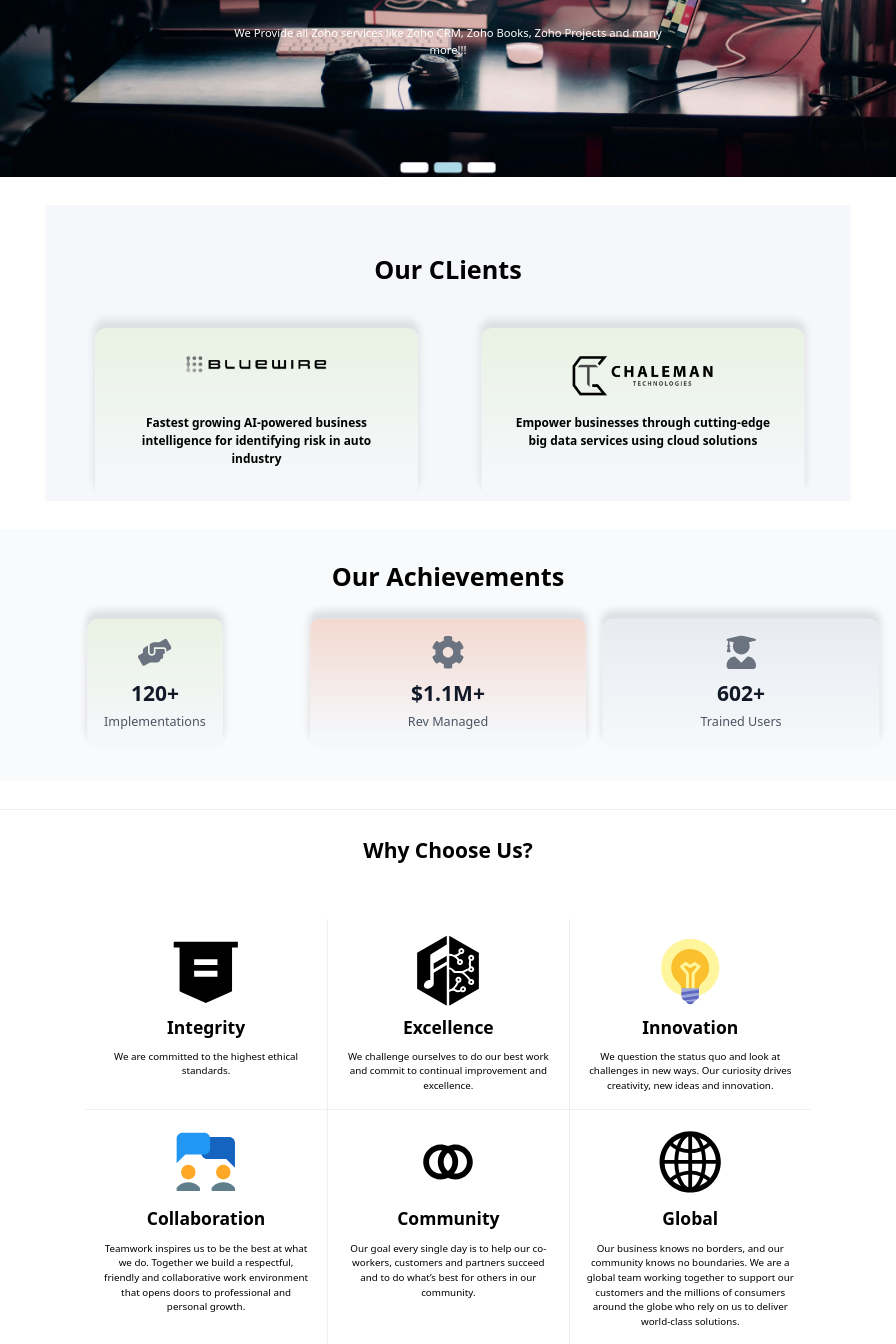
Repository: huzaifaBitCloud/BitCloud-website
Page: /
The author's editor kept a copy of each file at every save. The page is drawn from the files as they stood at one save, then again after the next save.
The browser window is 1280 px wide. The pictures show the part of the page from y = 547 to 2467 px (the page is 2698 px tall), at 70% of full size.
The project was rebuilt for these pictures with package versions that can differ from the ones it lists, and the page was loaded fresh each time. The framework's server and built-in components were replaced by stand-ins that run in the browser. Also part of the build but not shown: next.config.mjs.

Above is the page before, as saved 2025-01-13 17:20:33.

### src/app/page.tsx
import Layout from "@/components/Layout";
// import Hero from "@/components/Hero";
import OurClients from "@/components/OurClients";
import WhyUs from "@/components/WhyUs";
import Footer from "@/components/Footer";
import { ImageCarousel } from "@/components/ImageCarousel";
import Achievements from "@/components/Achievements";

export default function Home() {
  return (
    <Layout>
      <div className="">
        {/* <Hero
          imageUrl="https://static.zohocdn.com/sites/stock-images/images/zpstock-image-37.jpg"
        /> */}
        <ImageCarousel />
      </div>
      <div className="mt-10">
        <OurClients />
      </div>
      <div className="mt-10">
        <Achievements />
      </div>
      <div className="my-10 border-t">
        <WhyUs />
      </div>

      <div className="mt-10 mb-10">
        <Footer />
      </div>
    </Layout>
  );
}

### src/app/globals.css
@tailwind base;
@tailwind components;
@tailwind utilities;

.custom-cards-ourClient {
  box-shadow: 0px -10px 10px 2px rgba(221, 223, 226, 1);
  border-radius: 15px;
  background: linear-gradient(180deg, #e9f2e4 0%, #f5f7fa 90%);
}
.custom-card-2-achievements {
  box-shadow: 0px -10px 10px 2px rgba(221, 223, 226, 1);
  border-radius: 15px;
  background: linear-gradient(180deg, #f4d9d0 0%, #f5f7fa 90%);
}
.custom-card-3-achievements {
  box-shadow: 0px -10px 10px 2px rgba(221, 223, 226, 1);
  border-radius: 15px;
  background: linear-gradient(180deg, #e7ebf0, #f5f7fa 90%);
}

:root {
  /* --color-primary: #e9f2e4;
    --color-secondary: #f5f7fa;
*/
  --h-100vh: 100vh;
}

/* ABout CSS */

.btn-about {
  display: inline-block;
  margin: 0 0.625rem;
  padding: 0.3125rem 1.25rem;
  border-radius: 1.25rem;
  background: transparent;
  border: solid 0.0625rem #fff;
  position: relative;
  z-index: 9;
}
.main-hero-about {
  clip-path: polygon(
    50% 0%,
    100% 0,
    100% 35%,
    100% 86%,
    49% 100%,
    0 85%,
    0% 35%,
    0 0
  );
}

/* Services */

.zoomIn {
  -webkit-animation-name: zoomIn;
  animation-name: zoomIn;
  -webkit-animation-duration: 1s;
  animation-duration: 1s;
  -webkit-animation-fill-mode: both;
  animation-fill-mode: both;
}
@-webkit-keyframes zoomIn {
  0% {
    opacity: 0;
    -webkit-transform: scale3d(0.3, 0.3, 0.3);
    transform: scale3d(0.3, 0.3, 0.3);
  }
  50% {
    opacity: 1;
  }
}
@keyframes zoomIn {
  0% {
    opacity: 0;
    -webkit-transform: scale3d(0.3, 0.3, 0.3);
    transform: scale3d(0.3, 0.3, 0.3);
  }
  50% {
    opacity: 1;
  }
}

.card-services {
  border-top: 10px solid transparent;
  transition: border-top-color 0.4s, box-shadow 0.4s;
}

.card-services:hover {
  border-top-color: #2563eb;
  box-shadow: 0px 0px 5px rgba(0, 0, 0, 0.75);
}


@media only screen and (max-width: 760px) {
  .main-hero-about {
    clip-path: polygon(
      50% 0%,
      100% 0,
      100% 35%,
      100% 92%,
      49% 100%,
      0 92%,
      0% 35%,
      0 0
    );
  }
  .main-hero-about {
    height: var(--h-100vh) !important;
  }
  .sub-hero-about {
    text-align: center !important;
    margin: 0 auto !important;
  }
  .mob-btn-about {
    justify-content: center;
  }
  .mob-nav-style{
    position: absolute;
    top: 76%;
    left: 0;
  }
}

### src/components/Layout.tsx
import React from "react";
import { Navbar } from "./Navbar";
// import Footer from "./Footer";

const Layout = ({children}: any) => {
  return (
    <div>
      <Navbar />
      <div className="">{children}</div>
      {/* <Footer /> */}
    </div>
  );
};

export default Layout;

### src/components/OurClients.tsx
import React from "react";

const OurClients = () => {
  const services = [
    {
      id: 1,
      description:
        "Fastest growing AI-powered business intelligence for identifying risk in auto industry",
      icon: "./images/Bluewire-Logo.png", // Use the actual icon component
    },
    {
      id: 2,
      description:
        "Empower businesses through cutting-edge big data services using cloud solutions",
      icon: "./images/chaleman.png",
    },
  ];

  return (
    <section id="services" className="xs:w-full sm:w-full lg:w-[90%] mx-auto my-5 bg-[#f5f7fa] px-4 py-2">
      {/* HEADER AND IMAGE SECTION */}
      <div className="mt-16">
        <div>
          <p className="font-playfair font-semibold text-4xl mb-5 text-center">
            Our <span className="text-yellow">CLients</span>
          </p>
        </div>
      </div>

      {/* SERVICES */}
      <div className="grid grid-cols-1 md:grid-cols-2 justify-around  mt-16 gap-10 md:ml-14">
        {services.map((service) => (
          <div
            key={service.id}
            className="relative text-center p-10 xs:w-full sm:w-full lg:w-[90%] custom-cards-ourClient"
          >
            <div className="z-10">
              <div className="w-full flex justify-center ">
                <div className="w-[200px] h-[70px]">
                  <img
                    src={service.icon}
                    alt="client-img"
                    className="object-contain"
                  />
                </div>
              </div>
              <p className="font-playfair font-semibold text-[17px] flex justify-center mt-3">
                {service.description}
              </p>
            </div>
          </div>
        ))}
      </div>
    </section>
  );
};

export default OurClients;

### src/components/WhyUs.tsx
import React from "react";
import { FcCollaboration } from "react-icons/fc";
import { CgCommunity } from "react-icons/cg";
import { AiOutlineGlobal } from "react-icons/ai";
import { FcIdea } from "react-icons/fc";
import { SiMusicbrainz } from "react-icons/si";
import { RiHonourFill } from "react-icons/ri";

const WhyUs = () => {
  const services = [
    {
      id: 1,
      name: "Integrity",
      description: "We are committed to the highest ethical standards.",
      icon: <RiHonourFill size={100} />,
    },
    {
      id: 2,
      name: "Excellence",
      description:
        "We challenge ourselves to do our best work and commit to continual improvement and excellence.",
      icon: <SiMusicbrainz size={100} />,
    },
    {
      id: 3,
      name: "Innovation",
      description:
        "We question the status quo and look at challenges in new ways. Our curiosity drives creativity, new ideas and innovation.",
      icon: <FcIdea size={100} />,
    },
    {
      id: 4,
      name: "Collaboration",
      description:
        "Teamwork inspires us to be the best at what we do. Together we build a respectful, friendly and collaborative work environment that opens doors to professional and personal growth.",
      icon: <FcCollaboration size={100} />,
    },
    {
      id: 5,
      name: "Community",
      description:
        "Our goal every single day is to help our co-workers, customers and partners succeed and to do what’s best for others in our community.",
      icon: <CgCommunity size={100} />,
    },
    {
      id: 6,
      name: "Global",
      description:
        "Our business knows no borders, and our community knows no boundaries. We are a global team working together to support our customers and the millions of consumers around the globe who rely on us to deliver world-class solutions.",
      icon: <AiOutlineGlobal size={100} />,
    },
  ];
  return (
    <div className="w-[90%] mx-auto">
         <h2 className="text-3xl font-bold text-center mt-10 mb-5">Why Choose Us?</h2>
      <div className="w-[90%] mx-auto mt-20 mb-20">
        <div className="grid grid-cols-1 md:grid-cols-2 lg:grid-cols-3">
          {services.map((service, index) => (
            <div
              key={service.id}
              className={`relative bg-white text-center ${
                index >= 0
                  ? index == 0 || index == 3
                    ? index == 3
                      ? ""
                      : "border-b"
                    : index > 3
                    ? "border-l"
                    : "border-l border-b"
                  : ""
              } hover:border-red p-6`}
            >
              <div className="z-10">
                <div className="w-full flex justify-center">{service.icon}</div>

                <h3 className="font-playfair font-semibold text-[25px] mt-3">
                  {service.name}
                </h3>
                <p className="font-playfair text-[14px] flex justify-center mt-3">
                  {service.description}
                </p>
              </div>
            </div>
          ))}
        </div>
      </div>
    </div>
  );
};

export default WhyUs;

### src/components/Footer.tsx
// import Link from "next/link";
// import { FaLinkedin, FaYoutube } from "react-icons/fa";

// const Footer = () => {
//   const currentYear = new Date().getFullYear(); // Get the current year dynamically

//   return (
//     <footer className="bg-white dark:bg-gray-900 border-t w-full">
//       <div className="container mx-auto px-4 py-6">
//         <div className="flex flex-col md:flex-row md:items-center md:justify-between">
//           {/* Logo Section */}
//           <div className="flex items-center mb-4 md:mb-0 py-6">
//             <img
//               src="/images/logo.svg"
//               alt="BitCloud Logo"
//               className="h-14 mr-3 md:ml-4"
//             />
//           </div>

//           {/* Rights Section */}
//           <div className="text-center mb-4 md:mb-0">
//             <span className="text-sm text-gray-500 dark:text-gray-400">
//               © {currentYear}{" "}
//               <Link
//                 href="https://bitcloudsolution.com/"
//                 className="hover:underline"
//               >
//                 BitCloud Solution
//               </Link>
//               . All Rights Reserved.
//             </span>
//           </div>

//           {/* Follow Us Section */}
//           <div className="flex flex-col items-center md:items-end">
//             <h2 className="mb-4 text-sm font-semibold text-gray-900 uppercase dark:text-white">
//               Follow Us
//             </h2>
//             <div className="flex space-x-4">
//               <Link
//                 href="https://www.linkedin.com/company/bitcloud-solution-software/"
//                 aria-label="LinkedIn"
//                 className="text-gray-500 hover:text-blue-600 dark:hover:text-blue-400"
//               >
//                 <FaLinkedin className="w-6 h-6" />
//               </Link>
//               <Link
//                 href="http://www.youtube.com/@BitCloudSolution"
//                 aria-label="YouTube"
//                 className="text-gray-500 hover:text-red-600 dark:hover:text-red-400"
//               >
//                 <FaYoutube className="w-6 h-6" />
//               </Link>
//             </div>
//           </div>
//         </div>
//       </div>
//     </footer>
//   );
// };

// export default Footer;

import Link from "next/link";
import { FaLinkedin, FaYoutube } from "react-icons/fa";

const Footer = () => {
  const currentYear = new Date().getFullYear(); // Get the current year dynamically

  return (
    <footer className="bg-white dark:bg-gray-900 border-t w-full">
      <div className="container mx-auto px-6 py-6">
        <div className="flex flex-col items-center md:flex-row md:justify-between">
          {/* Logo Section */}
          <div className="flex items-center mb-4 md:mb-0 md:ml-6">
            <Link href='/'>
            <img
              src="/images/logo.svg"
              alt="BitCloud Logo"
              className="h-14 mr-3"
            />
            </Link>
          </div>

          {/* Rights Section */}
          <div className="text-center mb-4 md:mb-0">
            <span className="text-sm text-gray-500 dark:text-gray-400">
              © {currentYear}{" "}
              <Link
                href="https://bitcloudsolution.com/"
                className="hover:underline"
              >
                BitCloud Solution
              </Link>
              . All Rights Reserved.
            </span>
          </div>

          {/* Follow Us Section */}
          <div className="flex flex-col items-center md:items-end md:mr-6">
            <h2 className="mb-4 text-sm font-semibold text-gray-900 uppercase dark:text-white">
              Follow Us
            </h2>
            <div className="flex space-x-4">
              <Link
                href="https://www.linkedin.com/company/bitcloud-solution-software/"
                aria-label="LinkedIn"
                className="text-gray-500 hover:text-blue-600 dark:hover:text-blue-400"
              >
                <FaLinkedin className="w-6 h-6" />
              </Link>
              <Link
                href="http://www.youtube.com/@BitCloudSolution"
                aria-label="YouTube"
                className="text-gray-500 hover:text-red-600 dark:hover:text-red-400"
              >
                <FaYoutube className="w-6 h-6" />
              </Link>
            </div>
          </div>
        </div>
      </div>
    </footer>
  );
};

export default Footer;

### src/components/ImageCarousel.tsx
"use client"

import React from 'react';
import { Galleria } from 'primereact/galleria';
import "../components/styling/ImageCarousel.css"


const images = [
  {
    itemImageSrc: "/images/contact-image.jpeg",
    title: 'Welcome to BitCloud Solutions!',
    alt: 'Image 1',
  },
  {
    itemImageSrc: "/images/web-developer.jpg",
    title: 'Welcome to BitCloud Solutions!',
    alt: 'Image 2'
  },
  {
    itemImageSrc: "/images/image1.jpg",
    title: 'Welcome to BitCloud Solutions!',
    alt: 'Image 3'
  }
];

const itemTemplate = (item) => {
  return (
    <div className="image-container" style={{ width: '100%', textAlign: 'center' }}>
      <img src={item.itemImageSrc} alt={item.alt} style={{ width: '100%', display: 'block' }} />

      <div key={`${item.itemImageSrc}-heading`} className="carousel-text-heading">
        {item.title}
      </div>
      <div key={`${item.itemImageSrc}-paragraph`} className="carousel-text-paragraph">
       We Provide all Zoho services like Zoho CRM, Zoho Books, Zoho Projects and many more!!!
      </div>
    </div>
  );
}

export const ImageCarousel = () => {
  return (
    <div className="card" style={{ width: '100%', height: '100%', margin: '0 auto', position: "relative" }}>
      <Galleria
        value={images}
        numVisible={5}
        circular
        responsiveOptions={[
          {
            breakpoint: '1024px',
            numVisible: 3
          },
          {
            breakpoint: '768px',
            numVisible: 2
          },
          {
            breakpoint: '560px',
            numVisible: 1
          }
        ]}
        showThumbnails={false}
        showIndicators
        // showItemNavigators
        item={itemTemplate}
        autoPlay={true}
        transitionOptions={{ easing: 'ease-in-out', duration: 1000 }}
      />
    </div>
  );
}

### src/components/Achievements.tsx
import { FaHandsHelping, FaCog, FaUserGraduate } from "react-icons/fa";

const Achievements = () => {
  return (
    <section className="bg-gray-50 py-12">
  <div className="container mx-auto px-6">
    {/* Title */}
    <h2 className="text-4xl font-bold text-center text-black mb-10">
      Our Achievements
    </h2>

    {/* Achievements Grid */}
    <div className="grid grid-cols-1 md:grid-cols-3 gap-6">
      {/* Card 1 */}
      <div className="bg-gradient-to-r from-green-50 to-green-100 p-6 rounded-xl shadow-lg text-center transform transition duration-700 hover:-translate-y-3 custom-cards-ourClient max-w-md mx-auto"> {/* Reduced padding and rounded the corners */}
        <div className="flex justify-center items-center mb-4"> {/* Reduced margin-bottom */}
          <FaHandsHelping className="w-12 h-12 text-gray-500" /> {/* Reduced icon size */}
        </div>
        <h3 className="text-3xl font-bold text-gray-900">120+</h3> {/* Reduced font size */}
        <p className="text-gray-600 mt-2 text-lg">Implementations</p> {/* Reduced margin-top */}
      </div>

      {/* Card 2 */}
      <div className="bg-gradient-to-r from-red-50 to-red-100 p-6 rounded-xl shadow-lg text-center transform transition duration-700 hover:-translate-y-3 custom-card-2-achievements"> {/* Reduced padding and rounded the corners */}
        <div className="flex justify-center items-center mb-4"> {/* Reduced margin-bottom */}
          <FaCog className="w-12 h-12 text-gray-500" /> {/* Reduced icon size */}
        </div>
        <h3 className="text-3xl font-bold text-gray-900">$1.1M+</h3> {/* Reduced font size */}
        <p className="text-gray-600 mt-2 text-lg">Rev Managed</p> {/* Reduced margin-top */}
      </div>

      {/* Card 3 */}
      <div className="bg-gradient-to-r from-gray-50 to-gray-100 p-6 rounded-xl shadow-lg text-center transform transition duration-700 hover:-translate-y-3 custom-card-3-achievements"> {/* Reduced padding and rounded the corners */}
        <div className="flex justify-center items-center mb-4"> {/* Reduced margin-bottom */}
          <FaUserGraduate className="w-12 h-12 text-gray-500" /> {/* Reduced icon size */}
        </div>
        <h3 className="text-3xl font-bold text-gray-900">602+</h3> {/* Reduced font size */}
        <p className="text-gray-600 mt-2 text-lg">Trained Users</p> {/* Reduced margin-top */}
      </div>
    </div>
  </div>
</section>

    // <section className="bg-gray-50 py-12">
    //   <div className="container mx-auto px-6">
    //     {/* Title */}
    //     {/* <div className="mt-16">
    //       <div>
    //         <p className="font-playfair font-semibold text-4xl mb-5 text-center">
    //           Our <span className="text-yellow">Achievements</span>
    //         </p>
    //       </div>
    //     </div> */}
    //     <h2 className="text-4xl font-bold text-center text-black mb-10">
    //       Our Achievements
    //     </h2>

    //     {/* Achievements Grid */}
    //     <div className="grid grid-cols-1 md:grid-cols-3 gap-6">
    //       {/* Card 1 */}
    //       <div className="bg-gradient-to-r from-green-50 to-green-100 p-8 rounded-2xl shadow-lg text-center transform transition duration-700 hover:-translate-y-6 custom-cards-ourClient">
    //         <div className="flex justify-center items-center mb-6">
    //           <FaHandsHelping className="w-14 h-14 text-gray-500" />
    //         </div>
    //         <h3 className="text-4xl font-bold text-gray-900">120+</h3>
    //         <p className="text-gray-600 mt-4 text-lg">Implementations</p>
    //       </div>

    //       {/* Card 2 */}
    //       <div className="bg-gradient-to-r from-red-50 to-red-100 p-8 rounded-2xl shadow-lg text-center transform transition duration-700 hover:-translate-y-3 custom-card-2-achievements">
    //         <div className="flex justify-center items-center mb-6">
    //           <FaCog className="w-14 h-14 text-gray-500" />
    //         </div>
    //         <h3 className="text-4xl font-bold text-gray-900">$1.1M+</h3>
    //         <p className="text-gray-600 mt-4 text-lg">Rev Managed</p>
    //       </div>

    //       {/* Card 3 */}
    //       <div className="bg-gradient-to-r from-gray-50 to-gray-100 p-8 rounded-2xl shadow-lg text-center transform transition duration-700 hover:-translate-y-3 custom-card-3-achievements">
    //         <div className="flex justify-center items-center mb-6">
    //           <FaUserGraduate className="w-14 h-14 text-gray-500" />
    //         </div>
    //         <h3 className="text-4xl font-bold text-gray-900">602+</h3>
    //         <p className="text-gray-600 mt-4 text-lg">Trained Users</p>
    //       </div>
    //     </div>
    //   </div>
    // </section>
  );
};

export default Achievements;

### src/components/styling/ImageCarousel.css

img {
    max-height: 45rem;
    object-fit: cover;
  }

  .p-galleria-item-next.p-galleria-item-nav.p-link,
  .p-galleria-item-prev.p-galleria-item-nav.p-link {
    transform: translateY(-45%);
    background-color: #34291b;
    border-radius: 24px;
    width: 2.5rem;
    height: 2.5rem;
  }

  .p-galleria-item-prev.p-galleria-item-nav.p-link {
    z-index: 1;
    margin-left: 1.5rem;
  }

  .p-galleria-item-next.p-galleria-item-nav.p-link {
    margin-right: 1.5rem;
  }

  .p-galleria-item-prev.p-galleria-item-nav.p-link:hover,
  .p-galleria-item-next.p-galleria-item-nav.p-link:hover {
    background-color: #252728;
  }

  .p-icon.p-galleria-item-prev-icon,
  .p-icon.p-galleria-item-next-icon {
    color: white;
    width: 18px;
    height: 18px;
    stroke: white;
    stroke-width: 2;
  }

  .carousel-text-heading {
    width: 50%;
    position: absolute;
    top: 55%;
    left: 50%;
    transform: translate(-50%, -50%);
    color: white;
    border-radius: 10px;
    font-size: 3.2rem;
    font-weight: bold;
    text-align: center;
    animation: slideFromY 1s ease-in-out forwards;
  }

  .carousel-text-paragraph {
    width: 50%;
    position: absolute;
    top: 73%;
    left: 50%;
    transform: translate(-50%, -50%);
    color: white;
    border-radius: 10px;
    font-size: 1rem;
    text-align: center;
    animation: slideFromY 1.5s ease-in-out forwards;
  }
  @keyframes slideFromY {
    0% {
      opacity: 0;
      transform: translate(-100%, -50%);
    }
    100% {
      opacity: 1;
      transform: translate(-50%, -50%);
    }
  }

  @media (max-width: 1024px) and (min-width: 769px) {
    .carousel-text-heading {
      width: 65%;
      font-size: 2.5rem;
    }

    .carousel-text-paragraph {
      width: 60%;
      font-size: 0.9rem;
    }
  }

  @media (max-width: 768px) and (min-width: 561px) {
    .carousel-text-heading {
      font-size: 1.5rem;
      width: 65%;
    }

    .carousel-text-paragraph {
      font-size: 0.6rem;
      width: 60%;
    }
  }

  @media (max-width: 560px) {
    .carousel-text-heading {
      font-size: 1rem;
      width: 65%;
    }

    .carousel-text-paragraph {
      font-size: 0.5rem;
      width: 60%;
    }
  }
  ul.p-galleria-indicators.p-reset {
    position: absolute;
    bottom: 0;
    left: 50%;
    transform: translateX(-50%);
}
  .p-galleria-indicators .p-galleria-indicator button {
    width: 40px;
    height: 15px;
    background-color: white; /* Non-active indicators */
    border-radius: 5px;
    margin: 0 4px;
    transition: background-color 0.3s ease;
    position: relative;
}

.p-galleria-indicators .p-galleria-indicator.p-highlight button {
    background-color: #add8e6;
}

.p-galleria-indicators .p-galleria-indicator button:hover {
    background-color: #ffffff;
}

Loaded but not shown: src/app/layout.tsx (common file); tailwind.config.ts (common file); src/components/Navbar.tsx (127 lines, source omitted)

After the next save:
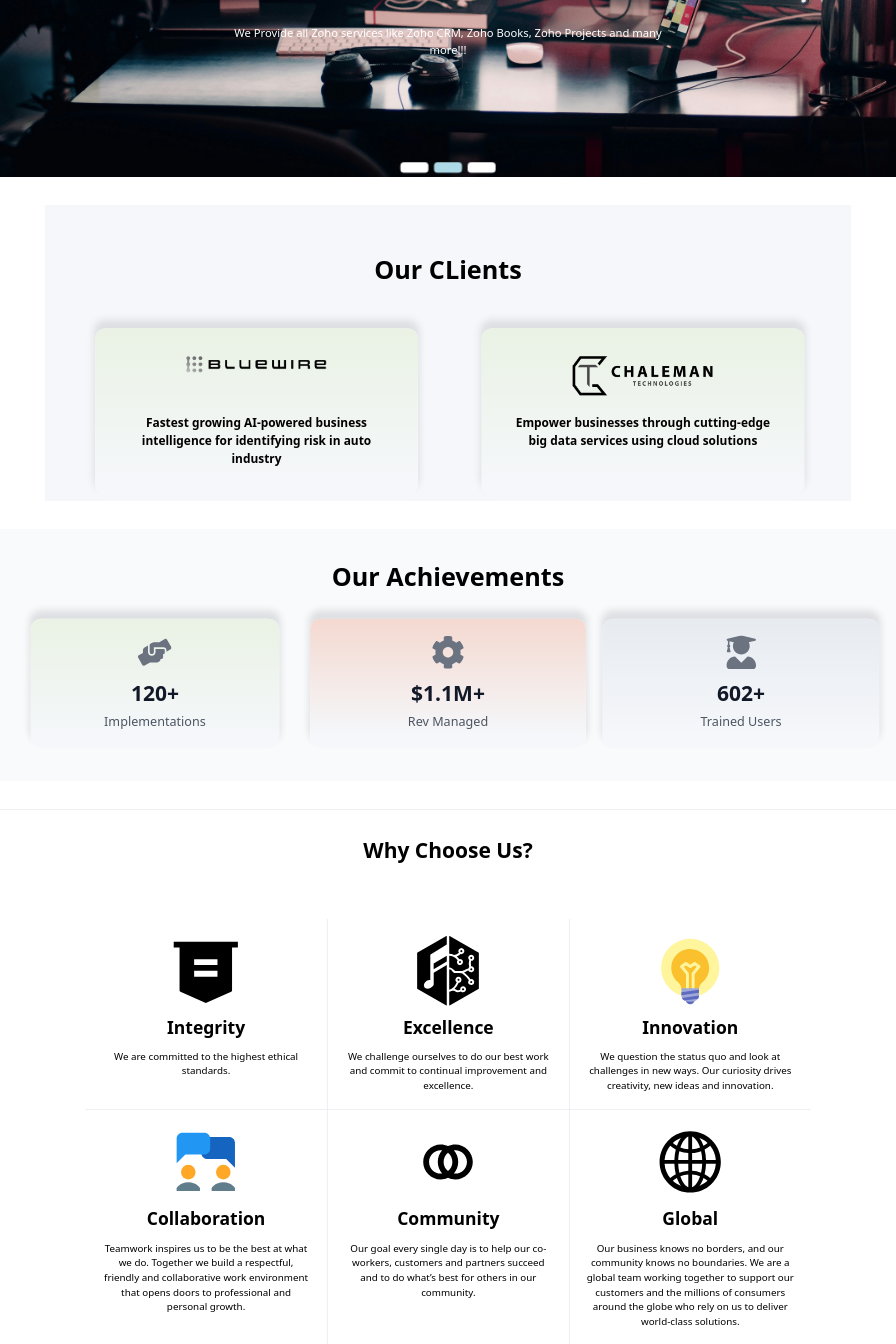
Saved 8 s later.
--- a/src/components/Achievements.tsx
+++ b/src/components/Achievements.tsx
@@ -12,7 +12,7 @@
     {/* Achievements Grid */}
     <div className="grid grid-cols-1 md:grid-cols-3 gap-6">
       {/* Card 1 */}
-      <div className="bg-gradient-to-r from-green-50 to-green-100 p-6 rounded-xl shadow-lg text-center transform transition duration-700 hover:-translate-y-3 custom-cards-ourClient max-w-md mx-auto"> {/* Reduced padding and rounded the corners */}
+      <div className="bg-gradient-to-r from-green-50 to-green-100 p-6 rounded-xl shadow-lg text-center transform transition duration-700 hover:-translate-y-3 custom-cards-ourClient max-w-md mx-5"> {/* Reduced padding and rounded the corners */}
         <div className="flex justify-center items-center mb-4"> {/* Reduced margin-bottom */}
           <FaHandsHelping className="w-12 h-12 text-gray-500" /> {/* Reduced icon size */}
         </div>
